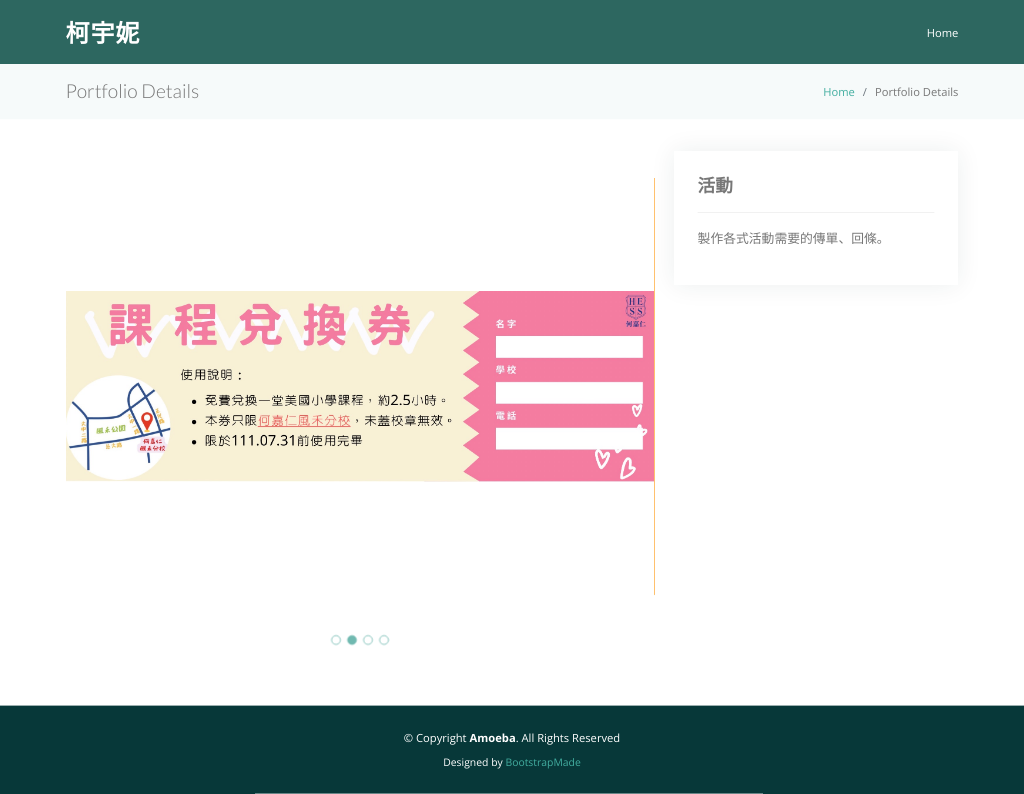
Repository: ajhddk/ajhddk.github.io
Page: portfolio-details-A.html
An editor plug-in stored every save of this project. The page is shown before and after the next save, followed by the edit.
The browser window is 1280 px wide. The pictures show the whole page, at 80% of full size.

Above is the page before, as saved 2022-07-17 22:44:42.

After the next save:
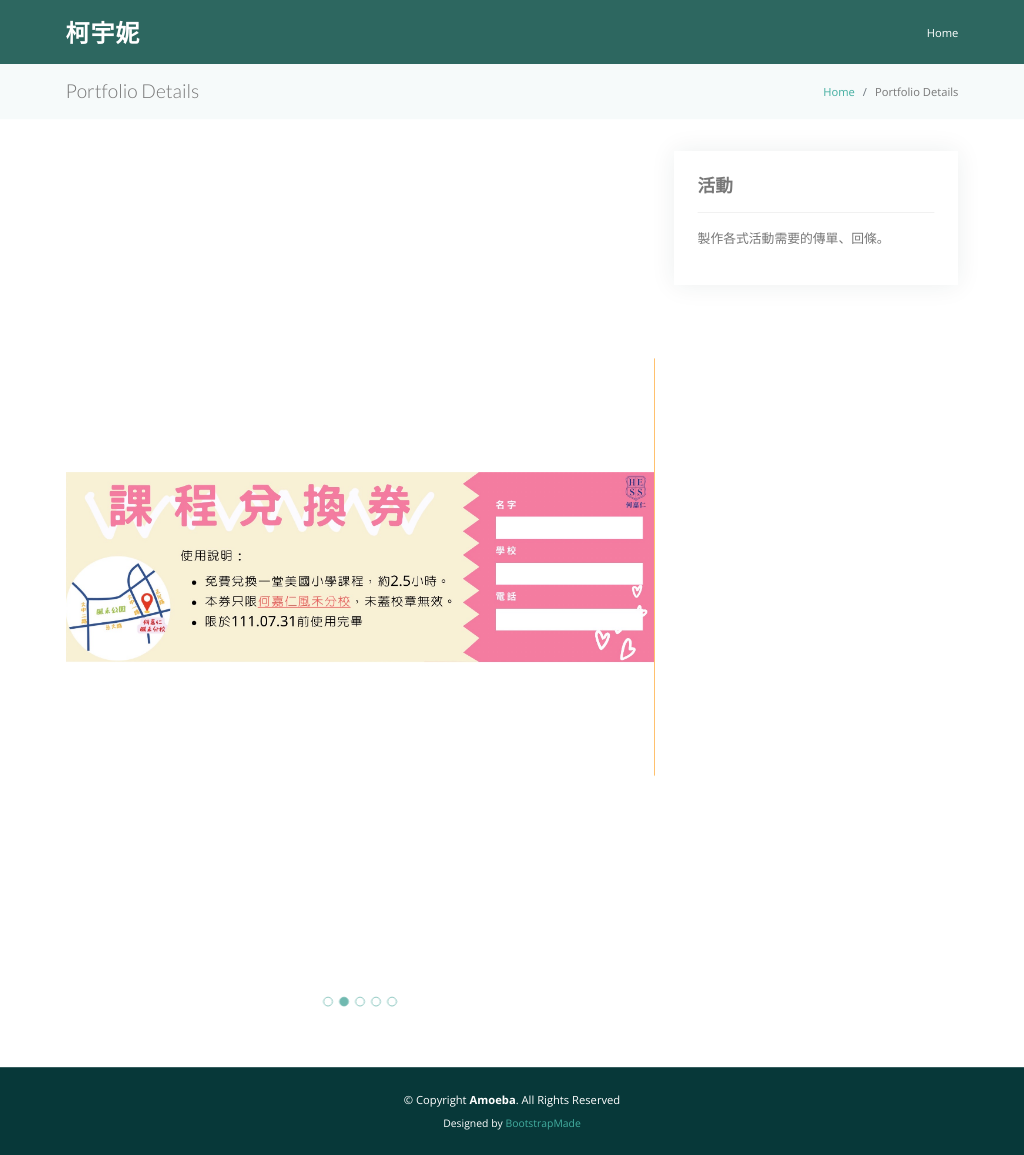
Saved 18 s later.
--- a/portfolio-details-A.html
+++ b/portfolio-details-A.html
@@ -99,6 +99,10 @@
                   <img src="assets/img/portfolio/activity/S__3741368.jpg" alt="">
                 </div>
 
+                <div class="swiper-slide">
+                  <img src="assets/img/portfolio/DM/S__3741362.jpg" alt="">
+                </div>
+
 
 
               </div>
